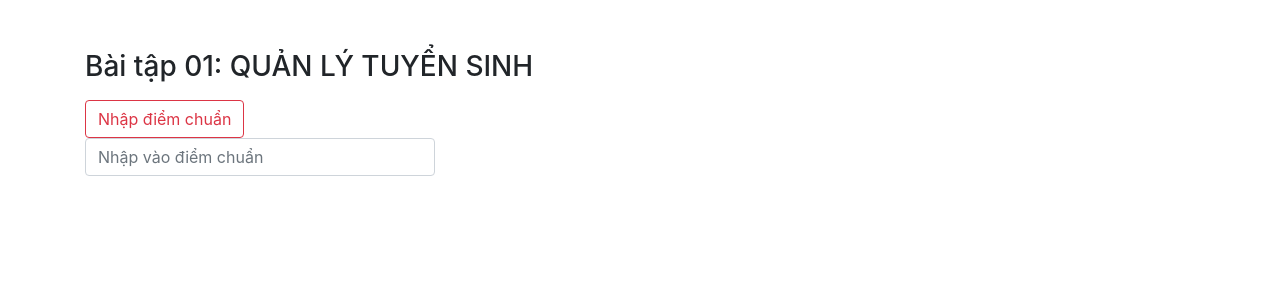
Repository: ducdatit2002/javascript-tinh-day15
Page: index.html
The author's editor kept a copy of each file at every save. The page is drawn from the files as they stood at one save, then again after the next save.
The browser window is 1280 px wide. The pictures show the whole page.

Above is the page before, as saved 2023-08-19 23:42:58.

### index.html
<!DOCTYPE html>
<html lang="en">
  <head>
    <title>HOMEWORK BUỔI 15 - JAVASCRIPT</title>
    <!-- Required meta tags -->
    <meta charset="utf-8" />
    <meta
      name="viewport"
      content="width=device-width, initial-scale=1, shrink-to-fit=no"
    />

    <!-- Bootstrap CSS -->
    <link
      rel="stylesheet"
      href="https://stackpath.bootstrapcdn.com/bootstrap/4.3.1/css/bootstrap.min.css"
      integrity="sha384-ggOyR0iXCbMQv3Xipma34MD+dH/1fQ784/j6cY/iJTQUOhcWr7x9JvoRxT2MZw1T"
      crossorigin="anonymous"
    />
  </head>
  <body>
    <div class="container" style="margin-bottom: 500px; margin-top: 50px;">
        <div class="baiTap1">
            <h3>Bài tập 01: QUẢN LÝ TUYỂN SINH</h3>
            <div class="row mt-3">
                <div class="col-4">
                    <div class="input-group-prepend">
              <button class="btn btn-outline-danger">Nhập điểm chuẩn</button>
            </div>
            <input
              type="text"
              class="form-control"
              id="diemToan"
              placeholder="Nhập vào điểm chuẩn"
            />
          </div>

                </div>
            </div>
        </div>
    </div>
    <!-- Optional JavaScript -->
    <!-- jQuery first, then Popper.js, then Bootstrap JS -->
    <script
      src="https://code.jquery.com/jquery-3.3.1.slim.min.js"
      integrity="sha384-q8i/X+965DzO0rT7abK41JStQIAqVgRVzpbzo5smXKp4YfRvH+8abtTE1Pi6jizo"
      crossorigin="anonymous"
    ></script>
    <script
      src="https://cdnjs.cloudflare.com/ajax/libs/popper.js/1.14.7/umd/popper.min.js"
      integrity="sha384-UO2eT0CpHqdSJQ6hJty5KVphtPhzWj9WO1clHTMGa3JDZwrnQq4sF86dIHNDz0W1"
      crossorigin="anonymous"
    ></script>
    <script
      src="https://stackpath.bootstrapcdn.com/bootstrap/4.3.1/js/bootstrap.min.js"
      integrity="sha384-JjSmVgyd0p3pXB1rRibZUAYoIIy6OrQ6VrjIEaFf/nJGzIxFDsf4x0xIM+B07jRM"
      crossorigin="anonymous"
    ></script>
    <script src="./index.js"></script>
  </body>
</html>

Loaded but not shown: index.js (no copy from this time; the picture is the same without it)

After the next save:
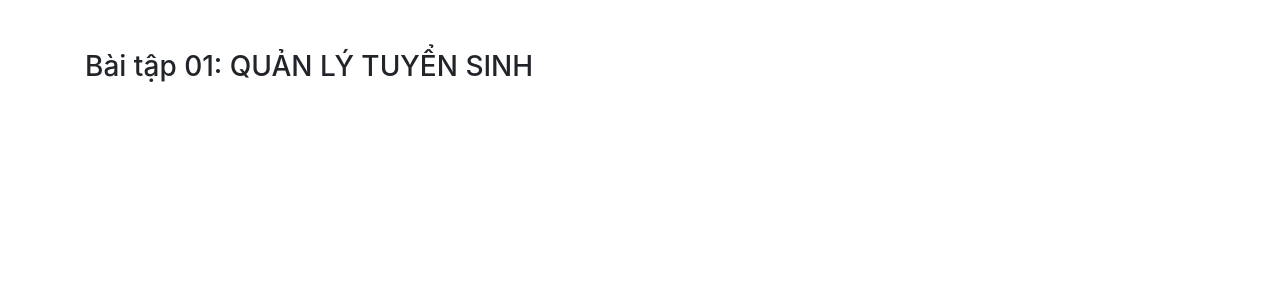
Saved 9 min 58 s later.
--- a/index.html
+++ b/index.html
@@ -21,17 +21,7 @@
     <div class="container" style="margin-bottom: 500px; margin-top: 50px;">
         <div class="baiTap1">
             <h3>Bài tập 01: QUẢN LÝ TUYỂN SINH</h3>
-            <div class="row mt-3">
-                <div class="col-4">
-                    <div class="input-group-prepend">
-              <button class="btn btn-outline-danger">Nhập điểm chuẩn</button>
-            </div>
-            <input
-              type="text"
-              class="form-control"
-              id="diemToan"
-              placeholder="Nhập vào điểm chuẩn"
-            />
+
           </div>
 
                 </div>
